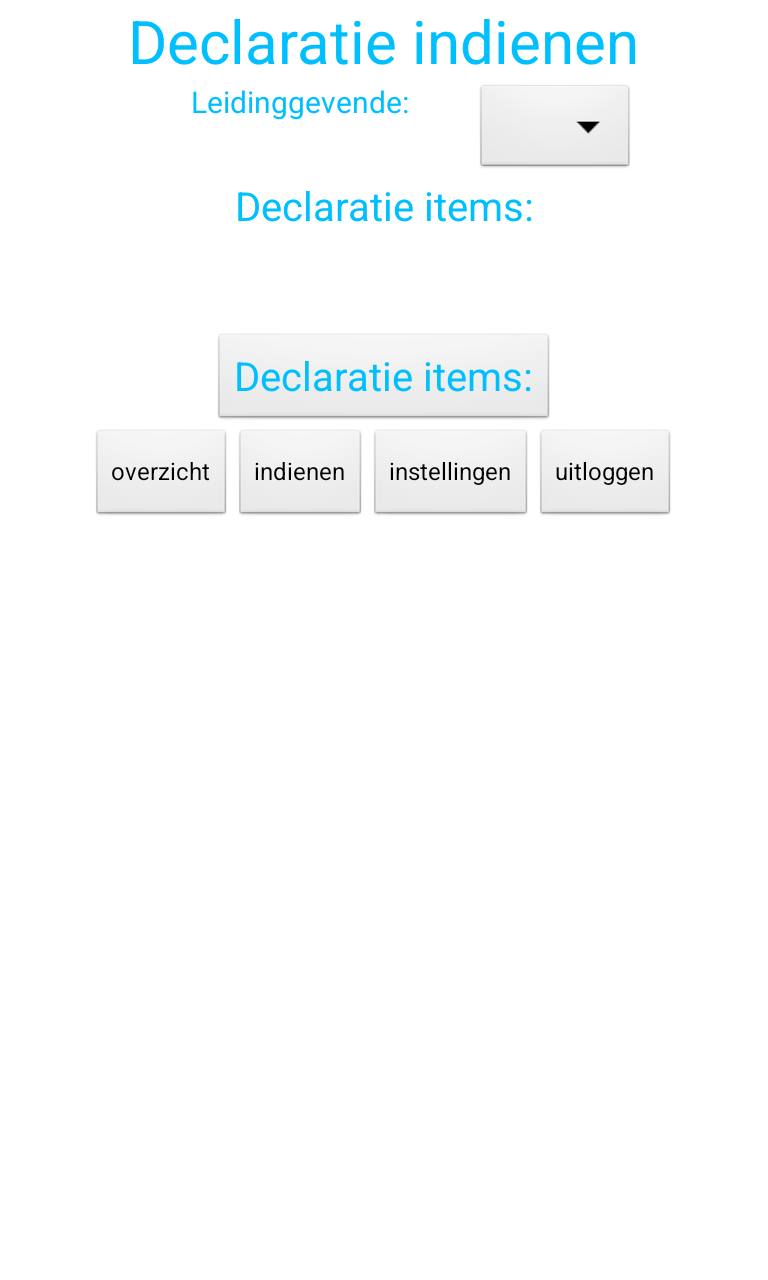
Repository: alexanderbolhuis/ilmoitus_mobile
Layout: LoginActivity/res/layout/activity_declare.xml
These files come from the project's save history. The layout is drawn as it stood at one moment and after the next save; the edit follows.
It is drawn on a 768 x 1280 px phone screen (xhdpi) without system bars, with theme AppTheme; the app's code is not run. Lists and similar views that code fills are empty.

Above is the layout before, as saved 2014-05-04 19:56:49.

### LoginActivity/res/layout/activity_declare.xml
<?xml version="1.0" encoding="utf-8"?>
<LinearLayout xmlns:android="http://schemas.android.com/apk/res/android"
    xmlns:tools="http://schemas.android.com/tools"
    android:layout_width="fill_parent"
    android:layout_height="fill_parent"
    android:orientation="vertical"
    tools:ignore="all" >

    <TextView
        android:id="@+id/person_title"
        android:layout_width="wrap_content"
        android:layout_height="wrap_content"
        android:layout_gravity="center_horizontal"
        android:text="Declaratie indienen"
        android:textColor="#00BFFF"
        android:textSize="30dp" />

    <TableLayout
        android:layout_width="fill_parent"
        android:layout_height="wrap_content"
        android:orientation="vertical" >

        <TableRow
            android:id="@+id/tableRow1"
            android:layout_width="match_parent"
            android:layout_height="wrap_content"
            android:gravity="center_horizontal" >

            <TextView
                android:layout_width="match_parent"
                android:layout_height="wrap_content"
                android:text="Leidinggevende: "
                android:textColor="#00BFFF"
                android:textSize="15dp"
                android:gravity="center"/>

            <Spinner
                android:id="@+id/spinner1"
                android:layout_width="match_parent"
		        android:layout_height="wrap_content"
                android:gravity="center"
                android:prompt="@string/prompt_spinner"
                android:width="10px" />
        </TableRow>

        <TableRow
            android:id="@+id/tableRow2"
            android:layout_width="match_parent"
            android:layout_height="wrap_content"
            android:gravity="center_horizontal">

            <TextView
		        android:layout_width="match_parent"
		        android:layout_height="wrap_content"
		        android:text="Declaratie items:"
		        android:textColor="#00BFFF"
		        android:gravity="center"
		        android:textSize="20dp" />
       </TableRow>

       <ListView
        android:id="@+id/list"
        android:layout_width="match_parent"
        android:layout_height="0dp"
        android:layout_weight="1"
        android:layout_marginTop="50dp"
        android:gravity="center" />

        <TableRow
            android:id="@+id/tableRow2"
            android:layout_width="match_parent"
            android:layout_height="wrap_content"
            android:gravity="center_horizontal">

            <Button
		        android:layout_width="match_parent"
		        android:layout_height="wrap_content"
		        android:text="Declaratie items:"
		        android:textColor="#00BFFF"
		        android:gravity="center"
		        android:textSize="20dp" />
        </TableRow>

	</TableLayout>

    <LinearLayout
        android:layout_width="match_parent"
        android:layout_height="wrap_content"
        android:gravity="center" >

        <!-- TODO: make icons for the buttons -->

        <Button
            android:id="@+id/buttonOvervieuw"
            android:layout_width="wrap_content"
            android:layout_height="wrap_content"
            android:onClick="onButtonClick"
            android:text="@string/overvieuw"
            android:textSize="12sp" />

        <Button
            android:id="@+id/buttonDeclare"
            android:layout_width="wrap_content"
            android:layout_height="wrap_content"
            android:onClick="onDeclareButtonClick"
            android:text="@string/declare"
            android:textSize="12sp" />

        <Button
            android:id="@+id/buttonSetting"
            android:layout_width="wrap_content"
            android:layout_height="wrap_content"
            android:onClick="onButtonClick"
            android:text="@string/settings"
            android:textSize="12sp" />

        <Button
            android:id="@+id/buttonLogout"
            android:layout_width="wrap_content"
            android:layout_height="wrap_content"
            android:onClick="onButtonClick"
            android:text="@string/log_out"
            android:textSize="12sp" />
    </LinearLayout>

</LinearLayout>

### LoginActivity/res/values/styles.xml
<?xml version="1.0" encoding="utf-8"?>
<resources>

    <!--
Base application theme, dependent on API level. This theme is replaced
by AppBaseTheme from res/values-vXX/styles.xml on newer devices.

-->
    <style name="AppBaseTheme" parent="android:Theme.Light">
        <!--
Theme customizations available in newer API levels can go in
res/values-vXX/styles.xml, while customizations related to
backward-compatibility can go here.

-->
    </style>

    <!-- Application theme. -->
    <style name="AppTheme" parent="android:Theme.Light">
        <!-- All customizations that are NOT specific to a particular API-level can go here. -->
    </style>

    <style name="LoginFormContainer">
        <item name="android:layout_width">match_parent</item>
        <item name="android:layout_height">wrap_content</item>
        <item name="android:padding">16dp</item>
    </style>
    <color name="coloredText">#0000FF</color>
    <color name="background">#FFFFFF</color>

</resources>

### LoginActivity/res/values/strings.xml
<?xml version="1.0" encoding="utf-8"?>
<resources>

    <string name="app_name">Ilmoitus</string>
    <string name="action_settings">Settings</string>
    <string name="hello_world">Hello world!</string>
    <string name="declare">indienen</string>
    <string name="log_out">uitloggen</string>
    <string name="overvieuw">overzicht</string>
    <string name="settings">instellingen</string>
    <string name="title_activity_declare">DeclareActivity</string>
    <string name="title_activity_declare_item">DeclareItemActivity</string>

    <string name="prompt_spinner"></string>

</resources>

After the next save:
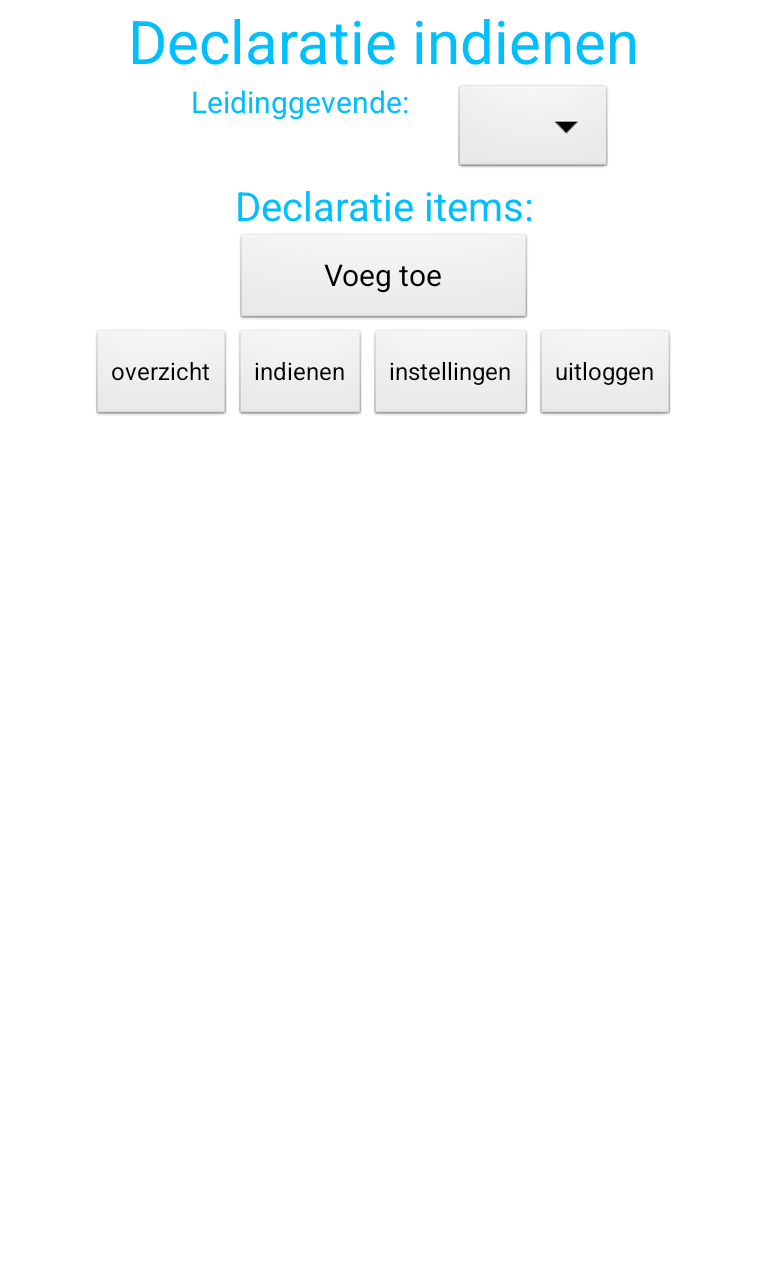
Saved 53 min 16 s later.
--- a/LoginActivity/res/layout/activity_declare.xml
+++ b/LoginActivity/res/layout/activity_declare.xml
@@ -58,13 +58,13 @@
 		        android:textSize="20dp" />
        </TableRow>
 
-       <ListView
+       <!-- <ListView
         android:id="@+id/list"
         android:layout_width="match_parent"
         android:layout_height="0dp"
         android:layout_weight="1"
         android:layout_marginTop="50dp"
-        android:gravity="center" />
+        android:gravity="center" /> -->
 
         <TableRow
             android:id="@+id/tableRow2"
@@ -75,10 +75,9 @@
             <Button
 		        android:layout_width="match_parent"
 		        android:layout_height="wrap_content"
-		        android:text="Declaratie items:"
-		        android:textColor="#00BFFF"
+		        android:text="Voeg toe"
 		        android:gravity="center"
-		        android:textSize="20dp" />
+		        android:textSize="15dp" />
         </TableRow>
 
 	</TableLayout>
